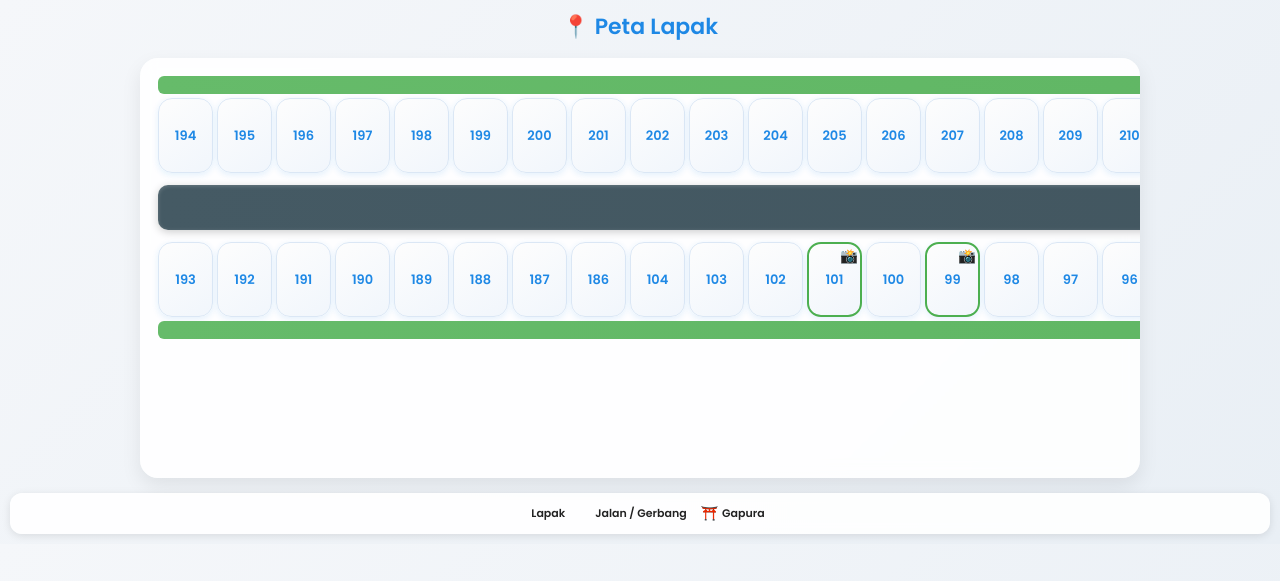
Repository: pasarrakyatbak/denah
Page: index.html
An editor plug-in stored every save of this project. The page is shown before and after the next save, followed by the edit.
The browser window is 1280 px wide. The pictures show the whole page.

Above is the page before, as saved 2025-09-20 10:51:39.

After the next save:
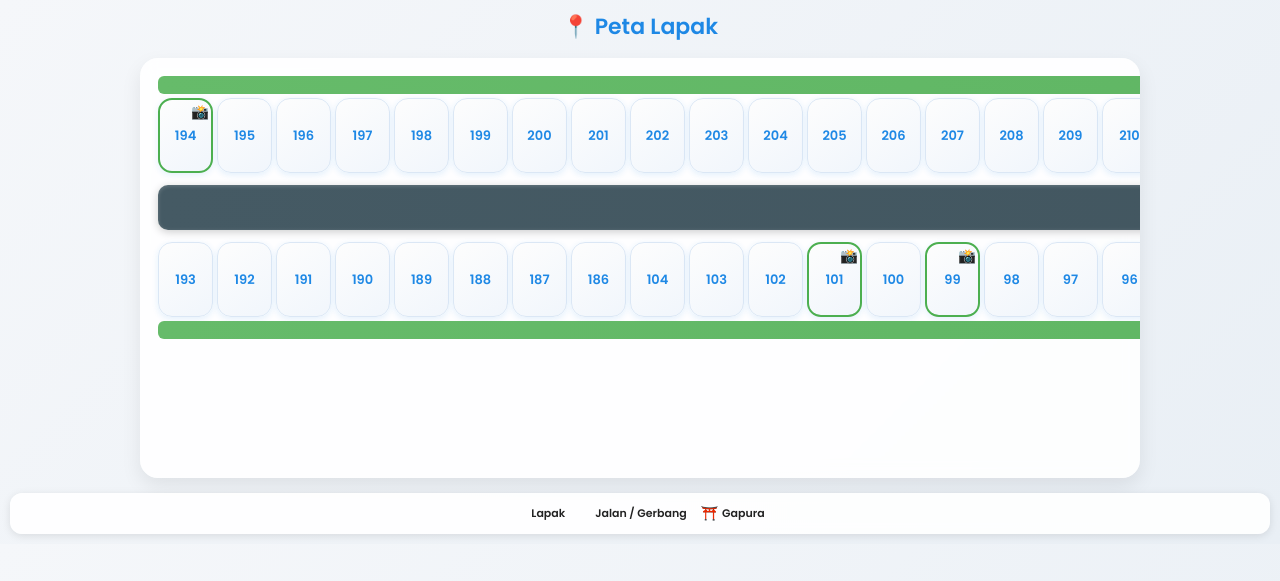
Saved 5 s later.
--- a/script.js
+++ b/script.js
@@ -125,7 +125,7 @@ const lapakPhotos = {
     157: 'images/lapak157.jpg',
     163: 'images/lapak163.jpg',
     168: 'images/lapak168.jpg',
-    37: 'images/lapak37.jpg'
+    194: 'images/lapak37.jpg'
     // Tambahkan sesuai kebutuhan
 };
 
